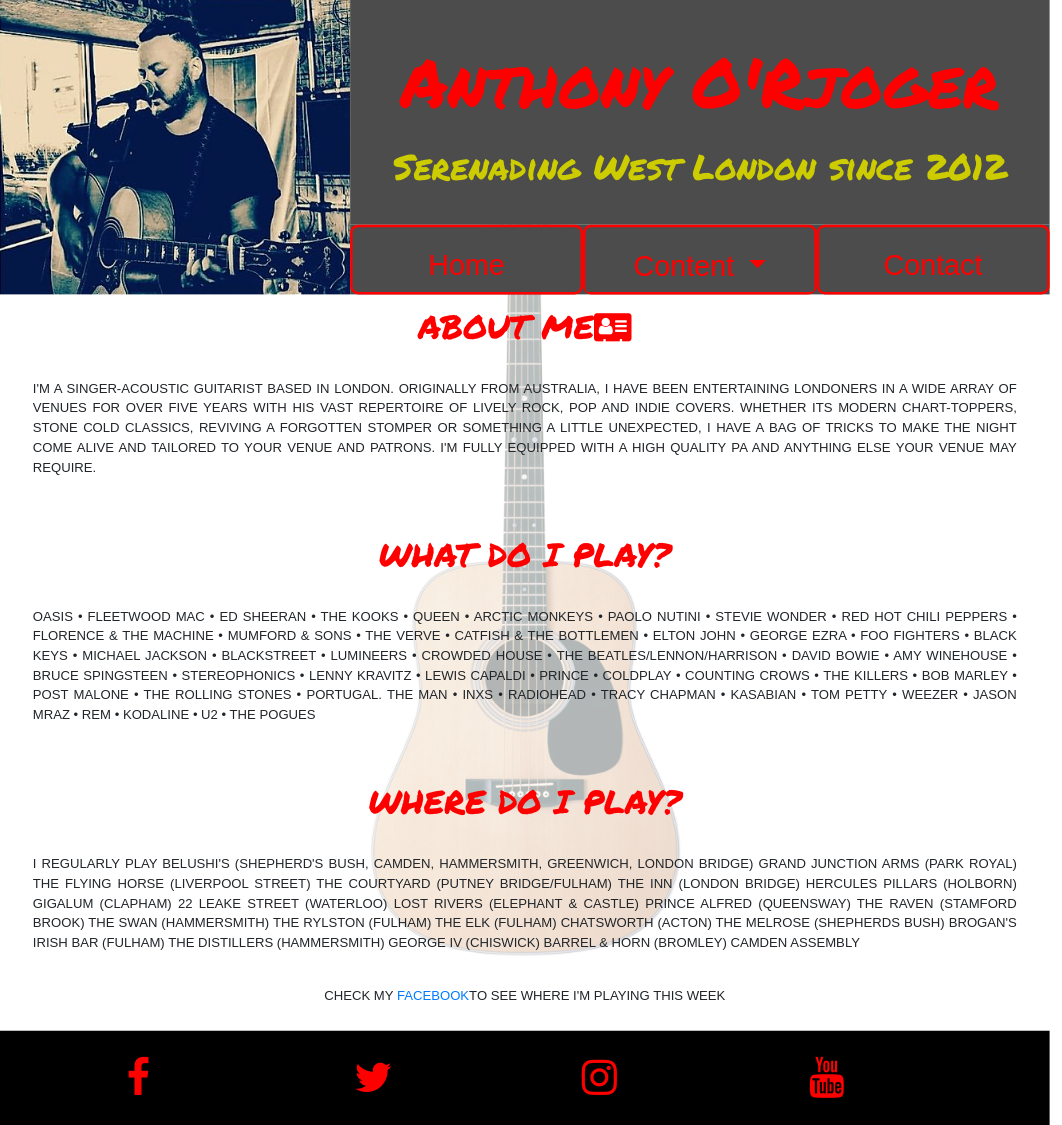
Repository: SimonGeorgeNZ/milestone_1
Page: index.html
The author's editor kept a record of every edit. The page is drawn from the files as they stood at one moment, then again after the next edit.
The browser window is 1280 px wide. The page is 1295 px wide, so the pictures cover 1295 px, including what lies to the right of the window. The pictures show the whole page, at 82% of full size.
Some web fonts or font styles are not loaded; a fallback is used. Some web libraries are served in a nearby version.

Above is the page before.

### index.html
<!DOCTYPE html>
<html lang="en">

<head>
    <meta charset="UTF-8">
    <meta name="viewport" content="width=device-width, initial-scale=1.0">
    <meta http-equiv="X-UA-Compatible" content="ie=edge">
    <link rel="stylesheet" href="assets/css/style.css" type="text/css" />
    <link rel="stylesheet" href="https://maxcdn.bootstrapcdn.com/bootstrap/4.2.1/css/bootstrap.min.css" type="text/css" />
    <link rel="stylesheet" href="https://maxcdn.bootstrapcdn.com/font-awesome/4.7.0/css/font-awesome.min.css" type="text/css" />
    <title>Anthony O'Rjoger</title>
</head>

<body>
    <header>

        <div class="row no-gutters">
            <a class="col-md-4 profile" href="index.html"></a>
            <div class="col-md-8">
                <div class="row no-gutters bg-color-title">
                    <div class="col title">
                        <h1 class="name">Anthony O'Rjoger</h1>
                        <h2 class="tag-line">Serenading West London since 2012</h2>
                    </div>
                </div>
                <div class="row no-gutters bg-col-blk">
                    <div class="col-12 col-md-6 col-lg-4 nav-but">
                        <a href="index.html" class="nav-but-text icon"><i aria-hidden="true"></i><span>Home</span></a>
                    </div>
                    <div class="col-12 col-md-6 col-lg-4 dropdown nav-but">
                        <button class="icon btn btn-secondary dropdown-toggle container-fluid" type="button" id="dropdownMenuButton" data-toggle="dropdown" aria-haspopup="true" aria-expanded="false">
    Content
  </button>
                        <div class="dropdown-menu" aria-labelledby="dropdownMenuButton">
                            <a class="dropdown-item" href="photos.html">Photos</a>
                            <a class="dropdown-item" href="videos.html">Videos</a>
                            <a class="dropdown-item" href="originals.html">Originals</a>
                        </div>
                    </div>
                    <div class="col d-md-block d-none nav-but">
                        <a href="contact.html" class="nav-but-text"><i aria-hidden="true"></i><span>Contact</span></a>
                    </div>
                </div>

            </div>

        </div>
        </div>
    </header>

    <body class="jumbotron-main">
        <div class="row">
            <div class="about">

                <h1 class="text-box-heading">About me<i class="fa fa-address-card"></i></h1>
                <p class="text-box">
                    I'm a singer-acoustic guitarist based in London. Originally from Australia, I have been entertaining Londoners in a wide array of venues for over five years with his vast repertoire of lively rock, pop and indie covers. Whether its modern chart-toppers,
                    stone cold classics, reviving a forgotten stomper or something a little unexpected, I have a bag of tricks to make the night come alive and tailored to your venue and patrons. I'm fully equipped with a high quality PA and anything
                    else your venue may require.
                </p>
            </div>
            <div class="about">
                <h1 class="text-box-heading">What do I play?</h1>
                <p class="text-box">
                    OASIS • FLEETWOOD MAC • ED SHEERAN • THE KOOKS • QUEEN • ARCTIC MONKEYS • PAOLO NUTINI • STEVIE WONDER • RED HOT CHILI PEPPERS • FLORENCE & THE MACHINE • MUMFORD & SONS • THE VERVE • CATFISH & THE BOTTLEMEN • ELTON JOHN • GEORGE EZRA • FOO FIGHTERS •
                    BLACK KEYS • MICHAEL JACKSON • BLACKSTREET • LUMINEERS • CROWDED HOUSE • THE BEATLES/LENNON/HARRISON • DAVID BOWIE • AMY WINEHOUSE • BRUCE SPINGSTEEN • STEREOPHONICS • LENNY KRAVITZ • LEWIS CAPALDI • PRINCE • COLDPLAY • COUNTING CROWS
                    • THE KILLERS • BOB MARLEY • POST MALONE • THE ROLLING STONES • PORTUGAL. THE MAN • INXS • RADIOHEAD • TRACY CHAPMAN • KASABIAN • TOM PETTY • WEEZER • JASON MRAZ • REM • KODALINE • U2 • THE POGUES
                </p>
            </div>
            <div class="about">
                <h1 class="text-box-heading">Where do I play?</h1>
                <p class="text-box">
                    I regularly play BELUSHI'S (Shepherd's Bush, Camden, Hammersmith, Greenwich, London Bridge) GRAND JUNCTION ARMS (Park Royal) THE FLYING HORSE (Liverpool Street) THE COURTYARD (Putney Bridge/Fulham) THE INN (London Bridge) HERCULES PILLARS (Holborn) GIGALUM
                    (Clapham) 22 LEAKE STREET (Waterloo) LOST RIVERS (Elephant & Castle) PRINCE ALFRED (Queensway) THE RAVEN (Stamford Brook) THE SWAN (Hammersmith) THE RYLSTON (Fulham) THE ELK (Fulham) CHATSWORTH (Acton) THE MELROSE (Shepherds Bush)
                    BROGAN'S IRISH BAR (Fulham) THE DISTILLERS (Hammersmith) GEORGE IV (Chiswick) BARREL & HORN (Bromley) CAMDEN ASSEMBLY
                </p>

                <p class="text-box-1">Check my <a href="https://www.facebook.com/anthonyorjogermusic/" target="_blank">facebook</a>to see where I'm playing this week </p>


            </div>


        </div>
    </body>
    <footer class="container-fluid footer-bg footer">
        <div class="row  d-block d-md-none">
            <div class="col">
                <form class="contact">
                    <div class="row no-gutters form">
                        <div class="col-12 contact">
                            <input type="text" id="fullname" class="form-control" placeholder="Name" required />
                            <input type="email" id="emailaddress" class="form-control" placeholder="Email" required />
                        </div>
                        <div class="col-12">
                            <textarea rows="5" name="projectsummary" id="projectsummary" class="form-control" placeholder="Whats the gig?" required /></textarea>
                        </div>
                    </div>
                </form>
            </div>
        </div>
        <input class="submit  d-block d-md-none" type="submit" value="Ready to rock?!" data-toggle="modal" data-target="#thanks" />
        <div class="container soclai-links-top">
            <div class="row no-gutters">
                <div class="col-3">
                    <a class="social-but" target=_ "blank" href="https://www.facebook.com/anthonyorjogermusic/">
                             <i class="fa fa-facebook" aria-hidden="true"></i>
                               <span class="sr-only">facebook</span>
                        </a>
                </div>
                <div class="col-3">
                    <a class="social-but" target=_ "blank" href="https://twitter.com/anthonyorjoger">
                             <i class="fa fa-twitter" aria-hidden="true"></i>
                               <span class="sr-only">Twitter</span>
                        </a>
                </div>
                <div class="col-3">
                    <a class="social-but" target=_ "blank" href="https://www.instagram.com/aor_music/">
                             <i class="fa fa-instagram" aria-hidden="true"></i>
                               <span class="sr-only">Instagram</span>
                        </a>
                </div>
                <div class="col-3">
                    <a class="social-but" target=_ "blank" href="https://www.youtube.com/channel/UCJdZ-PkIdPwwX4xIostHZ1g">
                             <i class="fa fa-youtube" aria-hidden="true"></i>
                               <span class="sr-only">Youtube</span>
                        </a>
                </div>
            </div>
        </div>
    </footer>

</body>
<script src="https://code.jquery.com/jquery-3.4.1.slim.min.js" integrity="sha384-J6qa4849blE2+poT4WnyKhv5vZF5SrPo0iEjwBvKU7imGFAV0wwj1yYfoRSJoZ+n" crossorigin="anonymous"></script>
<script src="https://cdn.jsdelivr.net/npm/popper.js@1.16.0/dist/umd/popper.min.js" integrity="sha384-Q6E9RHvbIyZFJoft+2mJbHaEWldlvI9IOYy5n3zV9zzTtmI3UksdQRVvoxMfooAo" crossorigin="anonymous"></script>
<script src="https://stackpath.bootstrapcdn.com/bootstrap/4.4.1/js/bootstrap.min.js" integrity="sha384-wfSDF2E50Y2D1uUdj0O3uMBJnjuUD4Ih7YwaYd1iqfktj0Uod8GCExl3Og8ifwB6" crossorigin="anonymous"></script>

<div class="modal fade" id="thanks" tabindex="-1" role="dialog" aria-labelledby="exampleModalLabel" aria-hidden="true">
    <div class="modal-dialog" role="document">
        <div class="modal-content">
            <div class="modal-header">
                <h5 class="modal-title" id="exampleModalLabel">Thanks!</h5>
                <button type="button" class="close" data-dismiss="modal" aria-label="Close">
          <span aria-hidden="true">&times;</span>
        </button>
            </div>
            <div class="modal-body">
                I'll be in touch shortly
            </div>
            <div class="modal-footer">
                <button type="button" class="close" data-dismiss="modal">Close</button>
            </div>
        </div>
    </div>
</div>

</html>

### assets/css/style.css
@import url('https://fonts.googleapis.com/css?family=Alatsi|Permanent+Marker|100,200,300,400,500,600,700');



/*------------------Colors------*/

.bg-color-title {
    background-color: #4c4c4c;
}

.li-menu-color {
    background-color: #4c4c4c;
}

.bg-col-blk {
    background-color: #4c4c4c;
}

.footer-bg {
    background-color: black;
}

.submit {
    color: #ff0000!important;
    background-color: #cccc00!important;
}


.name {
    color: #ff0000;
}

.tag-line {
    color: #cccc00;
}

.nav-but {
    border-color: #ff0000;
}

.nav-but-text {
    color: #ff0000;
    background-color: #4c4c4c;
}

.dropdown-menu {
    background-color: #4c4c4c !important;
    border-color: #ff0000!important;
}

#dropdownMenuButton {
    color: #ff0000;
    background-color: #4c4c4c;
}

.dropdown-item {
    color: #ff0000!important;
}

h4 {
    color: #ff0000!important;
}

.social-links-top {
    border-color: #ff0000!important;
}


/*------------------Heading------*/

header {
    margin: 0;
}

.title {
    margin-left: 25px;
    margin-right: 25px;
}


.profile {
    background: url("../images/anthony.jpg");
    background-position: center;
    background-repeat: no-repeat;
    background-size: cover;
    min-height: 350px;
    transition: all ease-in-out;
    -moz-transition: all .5s ease-in-out;
    -webkit-transition: all .5s ease-in-out;

}

.name {
    font-family: "Permanent Marker", sans-serif;
    font-weight: 100;
    font-size: calc(70px + 1vw);
    margin-top: 50px;
    text-align: center;
    padding-bottom: 20px;
}

.tag-line {
    font-family: "Permanent Marker", sans-serif;
    font-weight: 200;
    font-size: calc(30px + 1vw);
    margin-bottom: 20px;
    text-align: center;
    padding-bottom: 25px;
}


.menucontainer {
    font-size: 0;
}

#nav li {
    font-size: 14px;
    padding: 0;
    margin: 0;
}

.soclai-links-top {
    padding-bottom: 0;
    margin: 0;
    border-style: none;
}

/*------------------Nav------*/

.nav-but {
    border-style: solid;
    border-width: 3px;
    border-radius: 10px;
    text-align: center;
    padding-top: 20px;
}

.nav-but-text {
    font-family: 'Alatsi', sans-serif;
    font-size: 35px;
}

.dropdown-menu {
    border-width: 3px!important;
    font-size: 35px!important;
    text-align: center!important;
    min-width: 75px!important;
    min-height: 75px!important;
    border-radius: 10px!important;
}

#dropdownMenuButton {
    font-family: 'Alatsi', sans-serif;
    font-size: 35px;
    border: none;
}

.icon {
    font-size: 35px!important;
    color: #ff0000;
}

.dropdown {
    padding-top: 15px;
}

.dropdown-menu .dropdown-item:hover {
    background-color: transparent;
}

.nav-but-text:hover {
    cursor: pointer;
    color: #ff0000;
    text-decoration: none;
}


/*------------------Main-section------*/

.text-box-heading {
    color: #ff0000;
    font-family: "Permanent Marker", sans-serif;
    text-transform: uppercase;
}

.text-box {
    font-family: 'Alatsi', sans-serif;
    margin: 40px;
    text-transform: uppercase;
}

.text-box-1 {
    font-family: 'Alatsi', sans-serif;
    text-align: center;
    text-transform: uppercase;
}

h1 {
    color: #ff000!important;
}

.jumbotron {
    margin-bottom: 0!important;
    padding: 0;
}

.jumbotron-main {
    background-attachment: scroll;
    background: url("../images/Background-image.png");
    background-repeat: no-repeat;
    background-position: center;
    padding: 0;

}

.social-but {
    font-size: 50px;
    color: #ff0000;
    margin-left: 25%;
}

.about {
    text-align: justify;
    margin: 15px;
}

.text-box-heading {
    text-align: center;
}

.form-control {
    border-style: solid!important;
    border-width: 3px!important;
    border-color: #000000!important;
}

.image {
    margin: auto;
    margin-top: 100px;
    margin-bottom: 350px;
    display: block;
    height: 200px;
    width: 200px;

}

.video {
    text-align: center;
    height: 150px;
    width: 150px;
    margin-top: 50px;
    margin-bottom: 100px;
}

.image:hover {
    cursor: pointer;
}

/*------------------Footer------*/

.footer {
    padding: 20px;
}

.submit {
    font-family: 'Alatsi', sans-serif;
    font-size: 26px;
    border: none;
    display: block;
    margin: auto;
    margin-top: 15px;
    margin-bottom: 20px;
    border-radius: 15px;
}

.contact {
    padding: 10px;
    margin-top: 20px;

}

#fullname {
    margin-bottom: 10px;
}

input[type="text"] {
    font-family: 'Alatsi', sans-serif;
    font-size: 26px;
}

input[type="email"] {
    font-family: 'Alatsi', sans-serif;
    font-size: 26px;
}

#projectsummary {
    font-family: 'Alatsi', sans-serif;
    font-size: 26px;
}

.social-links-top {
    width: 100vw;
}



/*------------------------modal----------------*/

.modal {
    display: flex;
}

#myModal {
    height: auto;
    width: auto;
    text-align: center;
}

After the next edit:
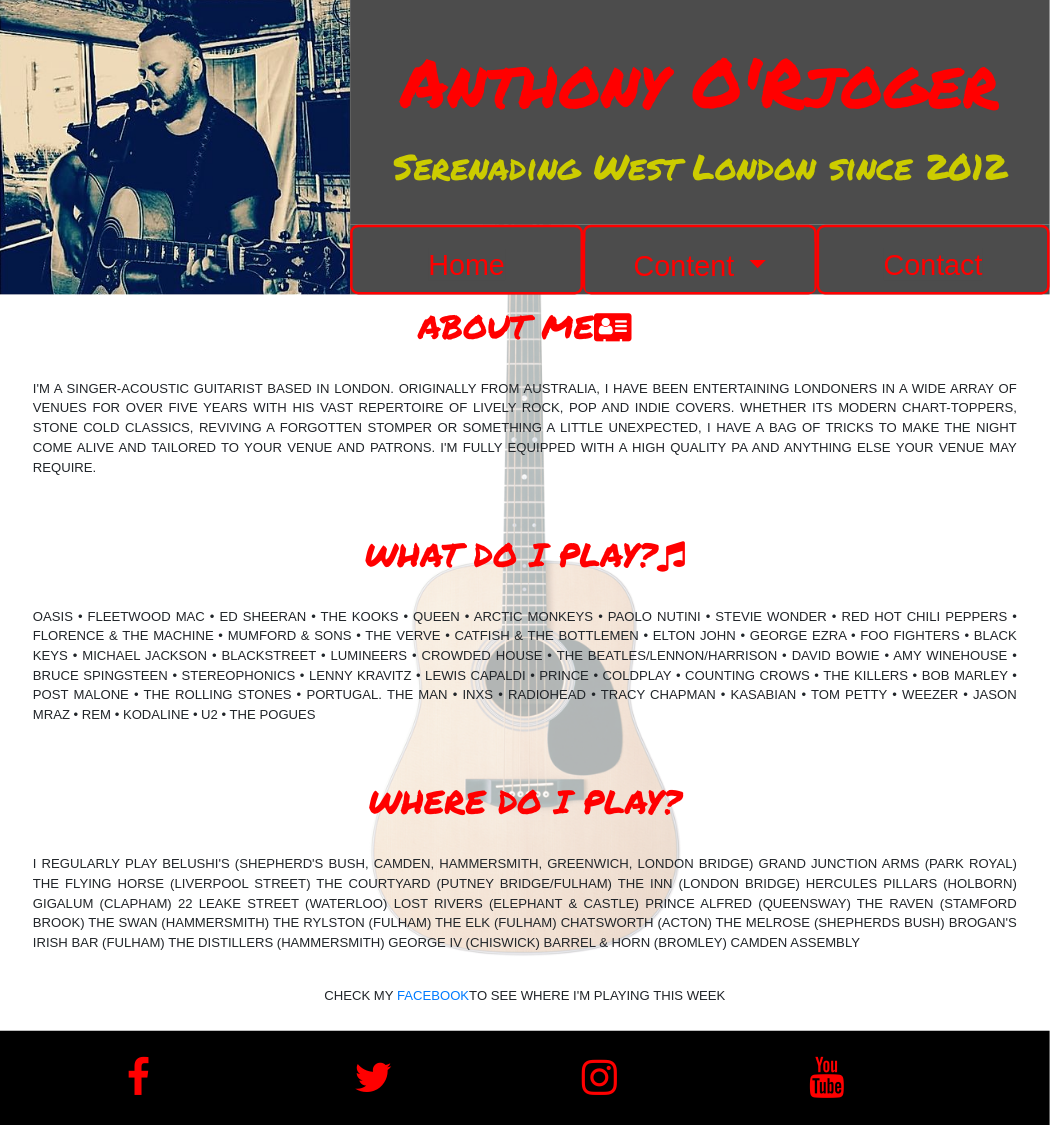
The edit:
--- a/index.html
+++ b/index.html
@@ -60,7 +60,7 @@
                 </p>
             </div>
             <div class="about">
-                <h1 class="text-box-heading">What do I play?</h1>
+                <h1 class="text-box-heading">What do I play?<i class="fa fa-music"></i></h1>
                 <p class="text-box">
                     OASIS • FLEETWOOD MAC • ED SHEERAN • THE KOOKS • QUEEN • ARCTIC MONKEYS • PAOLO NUTINI • STEVIE WONDER • RED HOT CHILI PEPPERS • FLORENCE & THE MACHINE • MUMFORD & SONS • THE VERVE • CATFISH & THE BOTTLEMEN • ELTON JOHN • GEORGE EZRA • FOO FIGHTERS •
                     BLACK KEYS • MICHAEL JACKSON • BLACKSTREET • LUMINEERS • CROWDED HOUSE • THE BEATLES/LENNON/HARRISON • DAVID BOWIE • AMY WINEHOUSE • BRUCE SPINGSTEEN • STEREOPHONICS • LENNY KRAVITZ • LEWIS CAPALDI • PRINCE • COLDPLAY • COUNTING CROWS

After the 2 edits that followed:
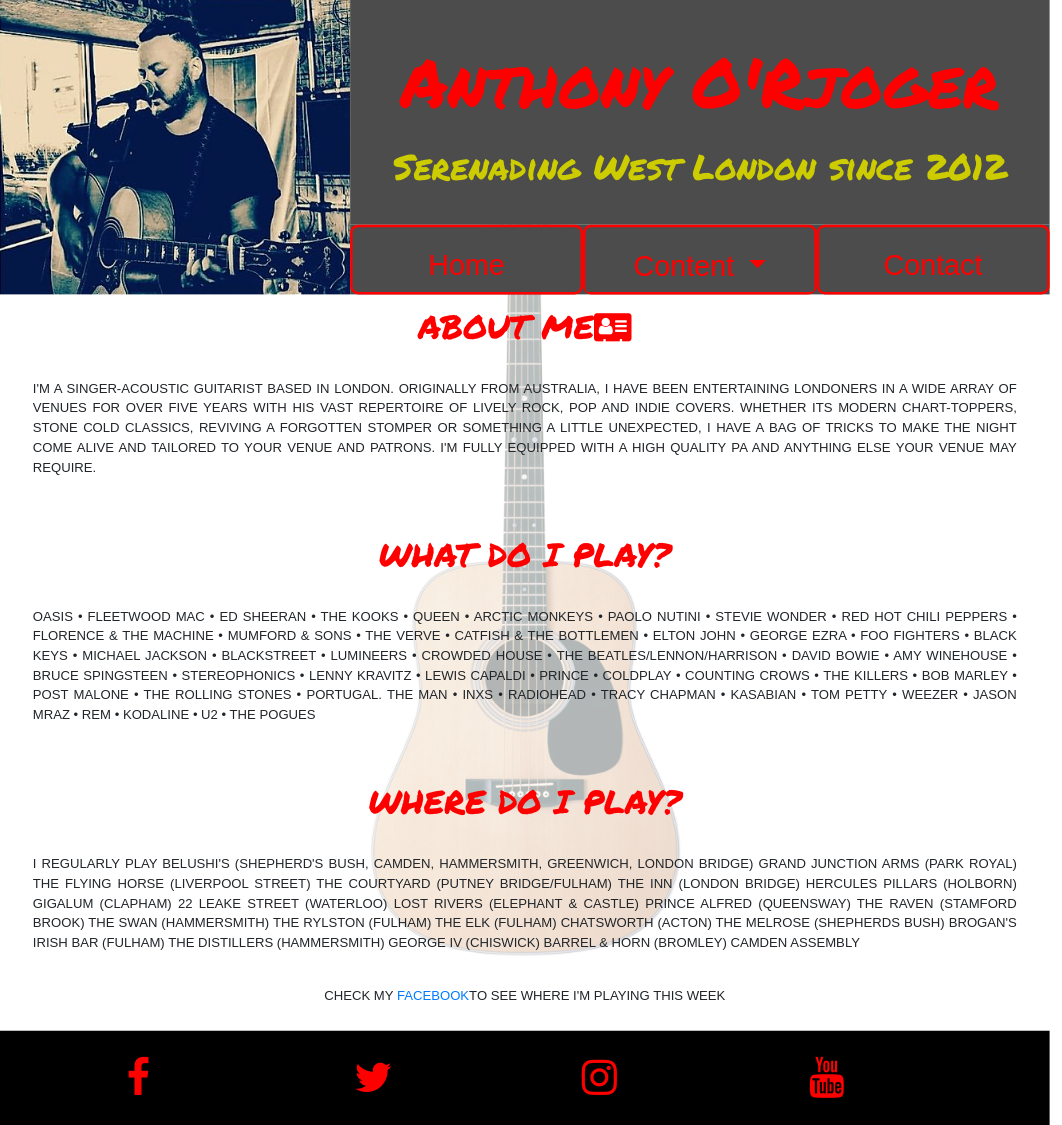
The 2 edits are shown as one change because 1 left the picture as it was.
The edit:
--- a/index.html
+++ b/index.html
@@ -51,7 +51,6 @@
     <body class="jumbotron-main">
         <div class="row">
             <div class="about">
-
                 <h1 class="text-box-heading">About me<i class="fa fa-address-card"></i></h1>
                 <p class="text-box">
                     I'm a singer-acoustic guitarist based in London. Originally from Australia, I have been entertaining Londoners in a wide array of venues for over five years with his vast repertoire of lively rock, pop and indie covers. Whether its modern chart-toppers,
@@ -60,7 +59,7 @@
                 </p>
             </div>
             <div class="about">
-                <h1 class="text-box-heading">What do I play?<i class="fa fa-music"></i></h1>
+                <h1 class="text-box-heading">What do I play?</h1>
                 <p class="text-box">
                     OASIS • FLEETWOOD MAC • ED SHEERAN • THE KOOKS • QUEEN • ARCTIC MONKEYS • PAOLO NUTINI • STEVIE WONDER • RED HOT CHILI PEPPERS • FLORENCE & THE MACHINE • MUMFORD & SONS • THE VERVE • CATFISH & THE BOTTLEMEN • ELTON JOHN • GEORGE EZRA • FOO FIGHTERS •
                     BLACK KEYS • MICHAEL JACKSON • BLACKSTREET • LUMINEERS • CROWDED HOUSE • THE BEATLES/LENNON/HARRISON • DAVID BOWIE • AMY WINEHOUSE • BRUCE SPINGSTEEN • STEREOPHONICS • LENNY KRAVITZ • LEWIS CAPALDI • PRINCE • COLDPLAY • COUNTING CROWS
